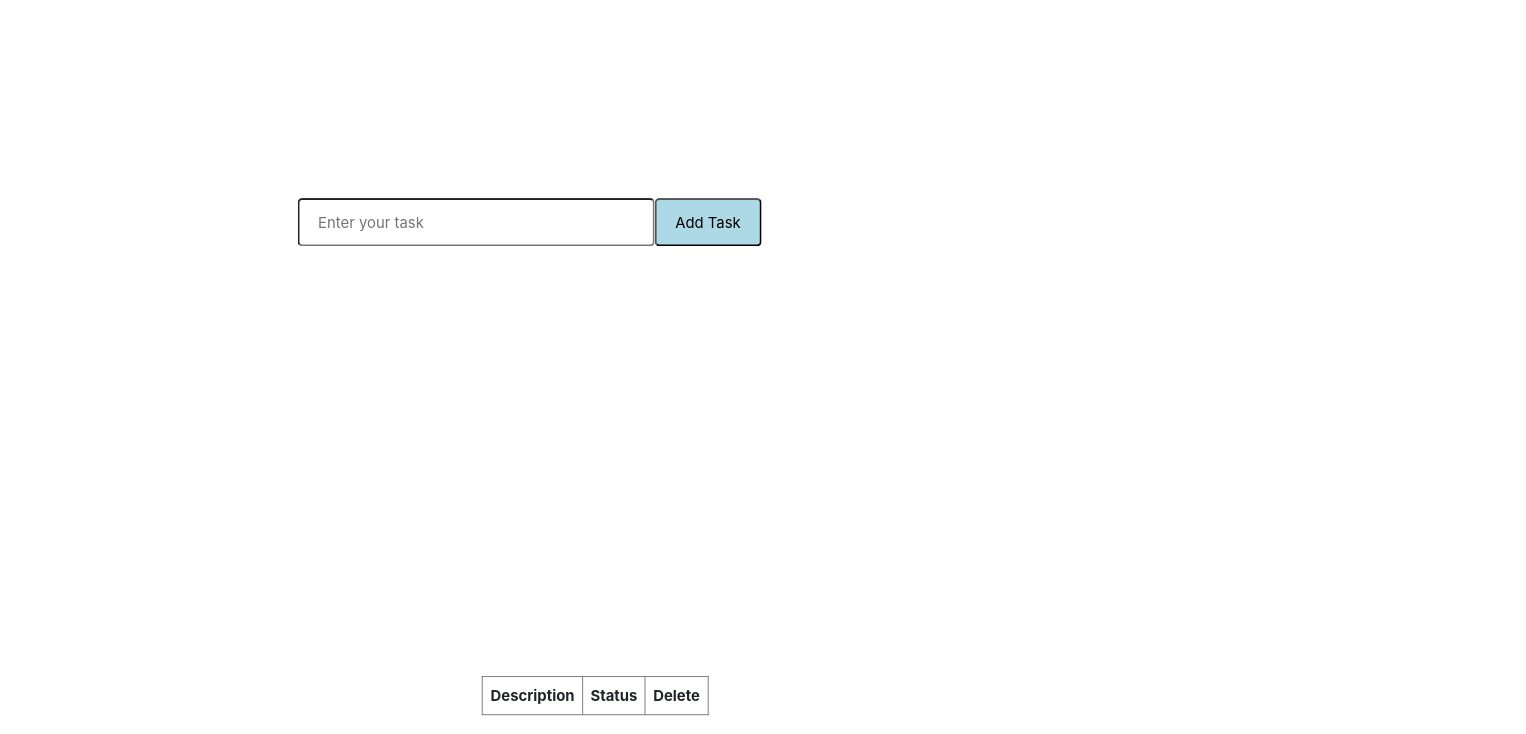
Repository: 12Arc/todoapp
Page: / (app in client/)
An editor plug-in stored every save of this project. The page is shown before and after the next save, followed by the edit.
The browser window is 1280 px wide. The page is 1280 px wide, then 1641 px, so the pictures cover 1641 px, including what lies to the right of the window. The pictures show the whole page, at 93% of full size.
The page's requests for data from a server got no answer. Some web libraries are served in a nearby version. The project was rebuilt for these pictures with package versions that can differ from the ones it lists, and the page was loaded fresh each time. No one was signed in, and anything a server would have sent is missing.

Above is the page before, as saved 2024-05-14 00:25:41.

### client/src/App.js
import React, { Fragment } from "react";
import "./App.css";

// Components
import AddTask from './components/Input';
import ListTodo from "./components/List";

function App() {
  return (

      <div className="main-container">
          <h1>Todo App</h1>
          <AddTask />
          <ListTodo/>



    </div>

  );
}

export default App;

### client/src/App.css
.App {
  text-align: center;
}

.App-logo {
  height: 40vmin;
  pointer-events: none;
}

@media (prefers-reduced-motion: no-preference) {
  .App-logo {
    animation: App-logo-spin infinite 20s linear;
  }
}

.main-container {
  display: flex;
  flex-direction: column;
  align-items: center;
  justify-content: flex-start;
  width: 100vw;
  min-height: 100vh;
  padding: 20px;
}

/* Optional: Adjustments if you prefer side-by-side layout */








.App-header {
  background-color: #282c34;
  min-height: 100vh;
  display: flex;
  flex-direction: column;
  align-items: center;
  justify-content: center;
  font-size: calc(10px + 2vmin);
  color: white;
}

.App-link {
  color: #61dafb;
}

@keyframes App-logo-spin {
  from {
    transform: rotate(0deg);
  }
  to {
    transform: rotate(360deg);
  }
}

### client/src/components/Input.js
import React, {useState} from 'react';
import '../styles.css'; // Import the CSS directly
import axios from 'axios'



const AddTask= ()=>{
    //axios.defaults.baseURL = "http://localhost:8080";
    const[task, setTask] = useState("")
    const handleChange=(e)=>{
        setTask(e.target.value)

    }
    const handleSubmit=async(e)=>{
        e.preventDefault()
        try{
            const response = await axios.post('http://localhost:8080/todolist/add',{task} )
            console.log(response.data)
            setTask("")
            alert("Task added!")


        }catch(error){
            console.log("Error in posting task", error)
        }

    }

    return (

        <div className="box">
            <form className="inputbox" onSubmit={handleSubmit}>
                <input
                    type="text"
                    placeholder="Enter your task"
                    value={task}
                    onChange={handleChange}/>
                <button className="button" type="submit" >Add Task</button>
            </form>

        </div>
    )
}

export default AddTask

### client/src/components/List.js
import React, {useState, Fragment, useEffect} from 'react'
import axios from 'axios'
import '../styles.css';
const ListTodo = ()=>{

    const [List, setList] = useState([])

    const getTodo = async()=>{
        try{
            const response = await axios.get("http://localhost:8080/todolist/",List)
            setList(response.data)
        }catch(err){
            console.error(err.message)
        }
    }
    useEffect(() => {
        getTodo();
      }, []);
    console.log(List)

    return (

        <Fragment>
            <table >
                <thead>
                    <tr>
                    <th>Description</th>
                    <th>Status</th>
            <       th>Delete</th>
                    </tr>
                </thead>
                <tbody>
                {List.map(item=>(
                    <tr key={item._id}>
                        <td>{item.task}</td>
                        <td><button>Complete</button></td>
                        <td><button>Delete</button></td>

                    </tr>
                ))}
             </tbody>
            </table>
        </Fragment>
    )
}

export default ListTodo

### client/src/styles.css

.box {
  display: flex;
  align-items: center; /* Vertically center the content */
  justify-content: center; /* Horizontally center the content */
  height: 100vh; /* Full viewport height */
  width: 100vw; /* Full viewport width */
  flex-direction: column;

}

/* Styles for the input container */
.inputbox {
  width: 50%; /* Adjust based on preference, e.g., 80% of the parent width */
  display: flex;
  margin-bottom: 20%;


}

/* Ensure the input field itself is styled appealingly */
input {
  width: 60%; /* Fill the container */
  padding: 12px 20px; /* Padding for aesthetics */
  font-size: 16px; /* Sufficiently large font size for readability */

  border-radius: 5px; /* Rounded corners */
}

/* Reset default margins and paddings */
body {
  margin: 0;
  padding: 0;
  display: flex;
  justify-content: center;
  align-items: center;
  height: 100vh;
}

.button{
  padding: 12px 20px;
  cursor: pointer;
  border-radius: 5px;
  background-color: lightblue;


}

td,th{
  border: 1px solid #777;
  padding: 0.5rem;
  text-align: center;
}

table{
  border-collapse: collapse;
}

tbody tr:nth-child(odd) {
  background: #eee;
}

Loaded but not shown: client/public/index.html (common file); client/src/index.js (common file); client/src/index.css (common file)

After the next save:
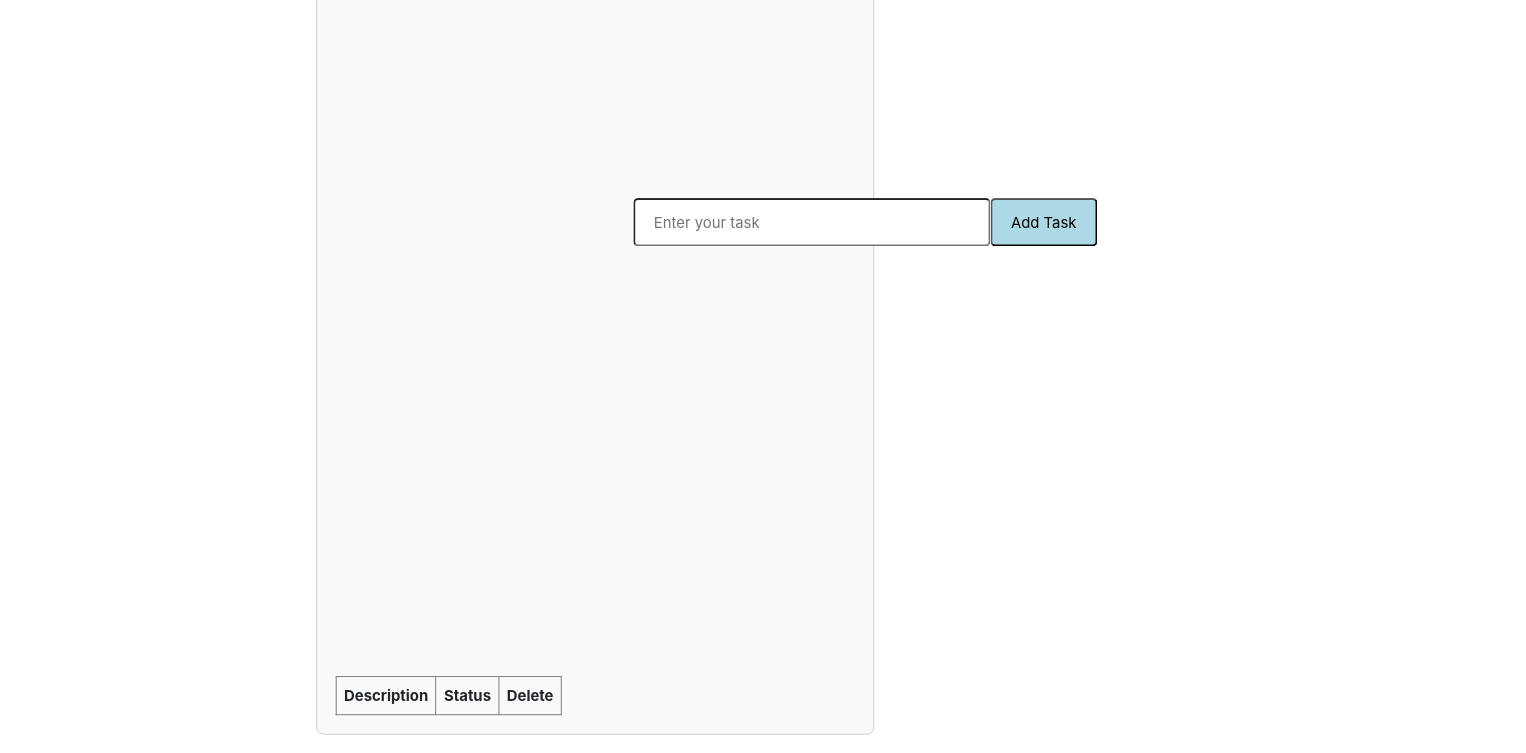
Saved 23 s later.
--- a/client/src/App.css
+++ b/client/src/App.css
@@ -14,18 +14,18 @@
 }
 
 .main-container {
-  display: flex;
-  flex-direction: column;
-  align-items: center;
-  justify-content: flex-start;
-  width: 100vw;
-  min-height: 100vh;
+  max-width: 600px;
+  margin: 20px auto;
   padding: 20px;
+  border: 1px solid #ccc;
+  border-radius: 8px;
+  background-color: #f9f9f9;
 }
 
-/* Optional: Adjustments if you prefer side-by-side layout */
-
-
+h1 {
+  text-align: center;
+  color: #333;
+}
 
 
 
